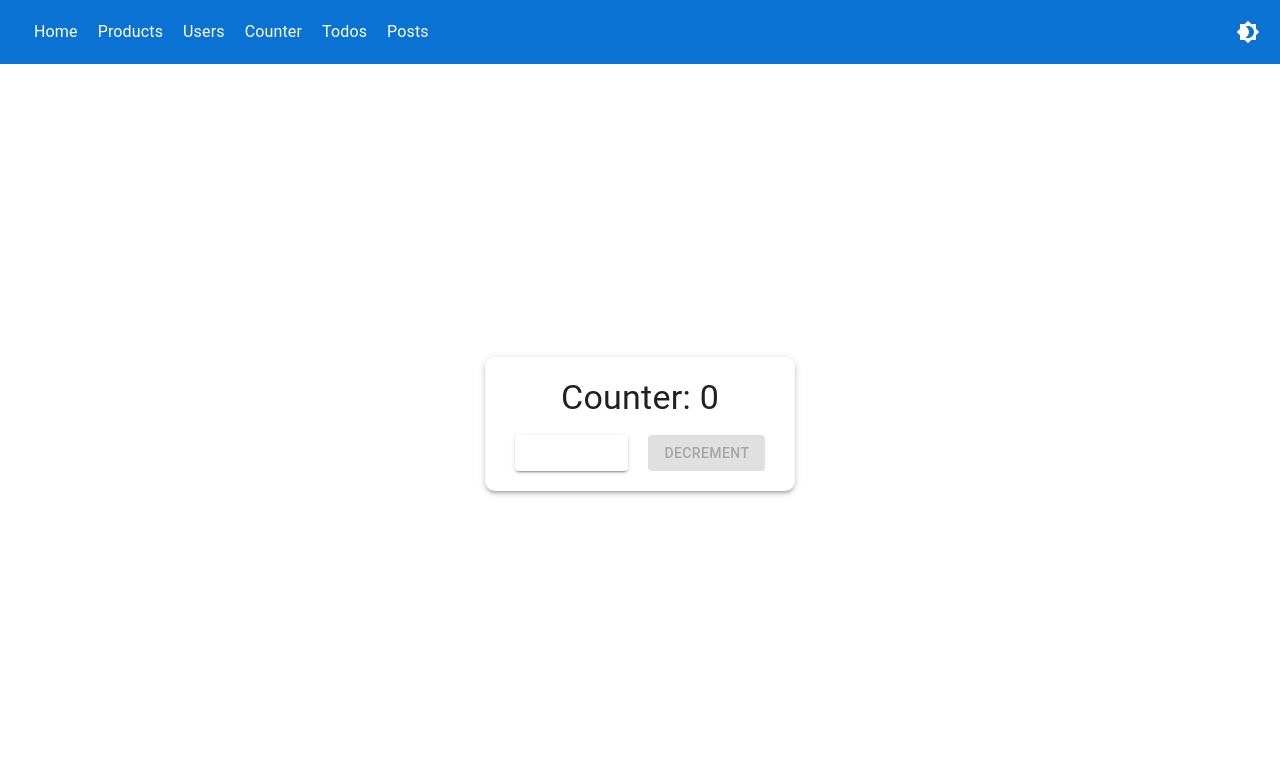
Repository: Vijay-Singh1/delente-assessment
Page: /counter
The author's editor kept a copy of each file at every save. The page is drawn from the files as they stood at one save, then again after the next save.
The browser window is 1280 px wide. The pictures show the whole page.
The project was rebuilt for these pictures with package versions that can differ from the ones it lists, and the page was loaded fresh each time. The framework's server and built-in components were replaced by stand-ins that run in the browser. Also part of the build but not shown: next.config.mjs.

Above is the page before, as saved 2024-10-09 21:41:07.

### pages/_app.js
import { ThemeProvider } from '../contexts/theme';
import '../styles/global.css';
import Navbar from './navbar';

function MyApp({ Component, pageProps }) {
    return <ThemeProvider>
        <Navbar />
        <Component {...pageProps} />
    </ThemeProvider>;
}

export default MyApp;

### pages/counter.js
import { useState } from 'react';
import { Box, Button, Typography, Paper } from '@mui/material';
import { useTheme } from '../contexts/theme';

export default function Counter() {
  const [count, setCount] = useState(0);
  const { theme } = useTheme();
  return (
    <Box
      display="flex"
      justifyContent="center"
      alignItems="center"
      height="100vh" // Full height of the viewport
      bgcolor="#f5f5f5" // Light background color
      sx={{ backgroundColor: theme === 'light' ? 'white' : 'black' }}
    >
      <Paper
        elevation={3} // Adds shadow to the Paper
        sx={{ padding: '20px', borderRadius: '10px', textAlign: 'center' }} // Styling for the Paper component
      >
        <Typography variant="h4" gutterBottom>
          Counter: {count}
        </Typography>
        <Box display="flex" justifyContent="space-between" sx={{ mt: 2 }}>
          <Button
            variant="contained"
            color="primary"
            onClick={() => setCount(count + 1)}
            sx={{ margin: '0 10px',color: theme === 'light' ? 'white' : 'black' ,backgroundColor: theme === 'light' ? 'white' : 'black' }} // Margin between buttons
          >
            Increment
          </Button>
          <Button
            variant="contained"
            color="secondary"
            onClick={() => setCount(count - 1)}
            disabled={count <= 0} // Disable if count is 0
            sx={{ margin: '0 10px' }} // Margin between buttons
          >
            Decrement
          </Button>
        </Box>
      </Paper>
    </Box>
  );
}

### contexts/theme.js
// contexts/ThemeProvider.js
import { createContext, useContext, useState, useEffect } from 'react';
import Cookies from 'js-cookie';

const ThemeContext = createContext();

export function ThemeProvider({ children }) {
  // Initialize theme based on the cookie value or default to 'light'
  const [theme, setTheme] = useState(() => {
    // Check cookie first
    const savedTheme = Cookies.get('theme');
    return savedTheme || 'light'; // Fallback to 'light' if no cookie found
  });

  useEffect(() => {
    // Update localStorage and cookies whenever the theme changes
    localStorage.setItem('theme', theme);
    Cookies.set('theme', theme);
  }, [theme]);

  const toggleTheme = () => {
    setTheme(prevTheme => (prevTheme === 'light' ? 'dark' : 'light'));
  };

  return (
    <ThemeContext.Provider value={{ theme, toggleTheme }}>
      {children}
    </ThemeContext.Provider>
  );
}

export const useTheme = () => useContext(ThemeContext);

### styles/global.css
/** @format */
*, *::before, *::after {
  box-sizing: border-box; /* Ensures box-sizing is applied globally */
}

html, body {
  margin: 0;
  padding: 0;
  width: 100%;
  height: 100%;
}

#root, #__next {
  width: 100%;
  height: 100%;
}

### pages/navbar.js

import Link from 'next/link';
import { AppBar, Toolbar, IconButton, Typography } from '@mui/material';
import { Brightness4, Brightness7 } from '@mui/icons-material';
import { useTheme } from '../contexts/theme';

export default function Navbar() {
    const { theme, toggleTheme } = useTheme();

    return (
        <AppBar position="static" sx={{ backgroundColor: theme === 'light' ? '#0972D3' : 'black' }}>
            <Toolbar>
                <Typography  component="div" sx={{ flexGrow: 1 }}>
                    <Link href="/" style={{ margin: '0 10px', color: 'white', textDecoration: 'none' }}>Home</Link>
                    <Link href="/products" style={{ margin: '0 10px', color: 'white', textDecoration: 'none' }}>Products</Link>
                    <Link href="/users" style={{ margin: '0 10px', color: 'white', textDecoration: 'none' }}>Users</Link>
                    <Link href="/counter" style={{ margin: '0 10px', color: 'white', textDecoration: 'none' }}>Counter</Link>
                    <Link href="/todos" style={{ margin: '0 10px', color: 'white', textDecoration: 'none' }}>Todos</Link>
                    <Link href="/posts" style={{ margin: '0 10px', color: 'white', textDecoration: 'none' }}>Posts</Link>
                </Typography>
                <IconButton
                    edge="end"
                    color="inherit"
                    onClick={toggleTheme}
                    sx={{ ml: 1 }}
                >
                    {theme === 'light' ? <Brightness4 /> : <Brightness7 />}
                </IconButton>
            </Toolbar>
        </AppBar>
    );
}

After the next save:
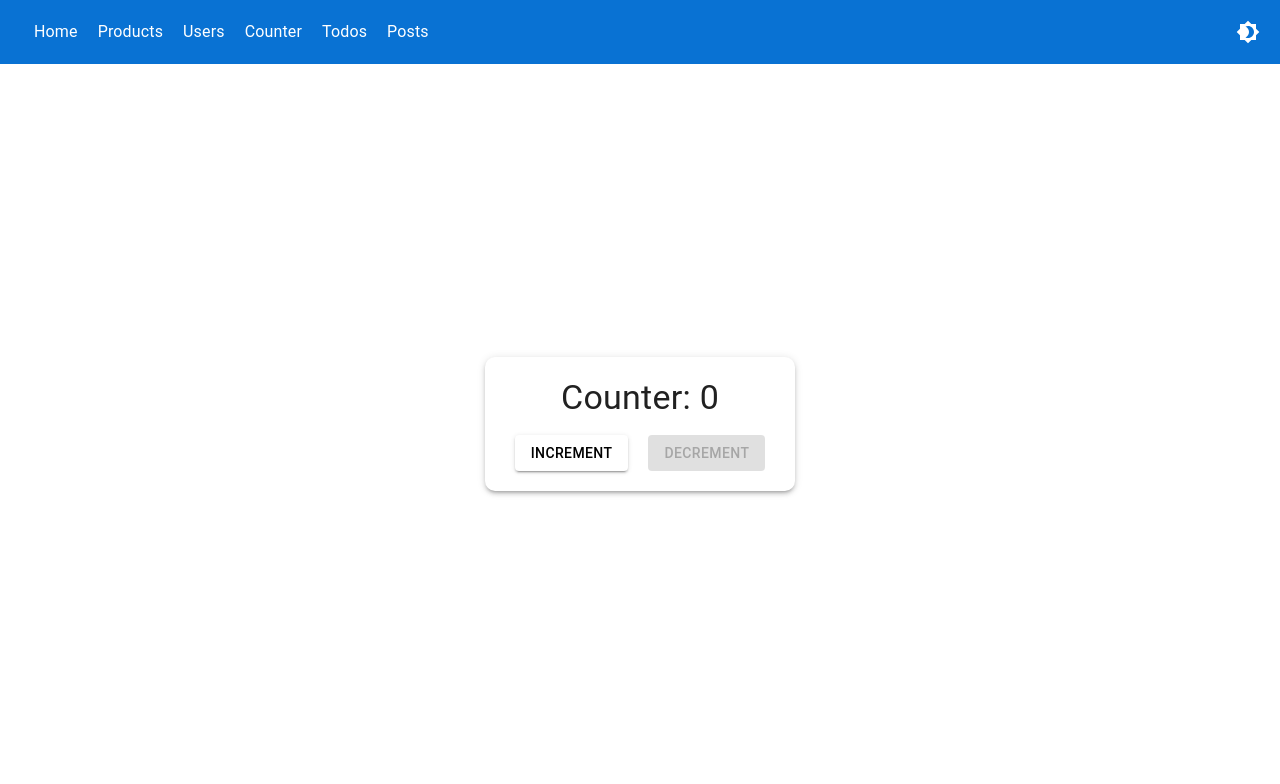
Saved 11 s later.
--- a/pages/counter.js
+++ b/pages/counter.js
@@ -26,7 +26,7 @@ export default function Counter() {
             variant="contained"
             color="primary"
             onClick={() => setCount(count + 1)}
-            sx={{ margin: '0 10px',color: theme === 'light' ? 'white' : 'black' ,backgroundColor: theme === 'light' ? 'white' : 'black' }} // Margin between buttons
+            sx={{ margin: '0 10px',color: theme === 'light' ? 'black' : 'white' ,backgroundColor: theme === 'light' ? 'white' : 'black' }} // Margin between buttons
           >
             Increment
           </Button>
